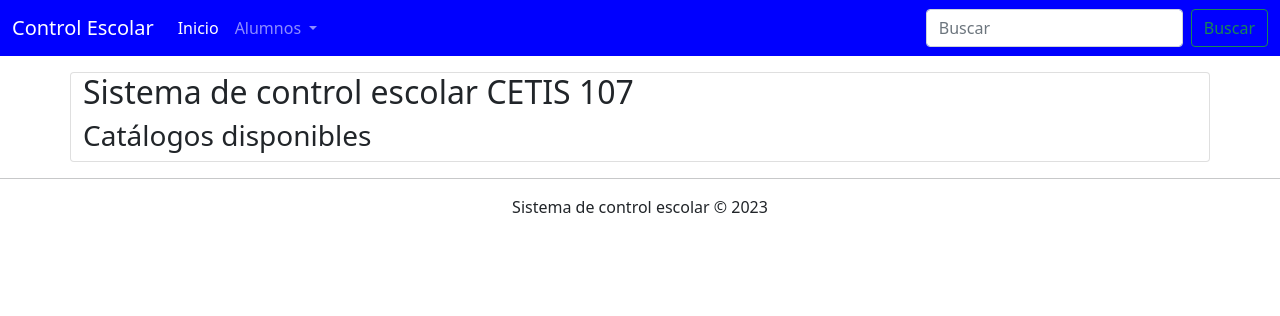
Repository: terrazasjuancarlos/cursoLaravel2-master
Page: resources/views/inicio.blade.php
The author's editor kept a copy of each file at every save. The page is drawn from the files as they stood at one save, then again after the next save.
The browser window is 1280 px wide. The pictures show the whole page.
The page is served by the project's Laravel application, run on PHP 8.4 with Laravel 10. The template is opened directly, without the code that normally fills it, so the values that code supplies are empty.

Above is the page before, as saved 2023-10-19 19:07:48.

After the next save:
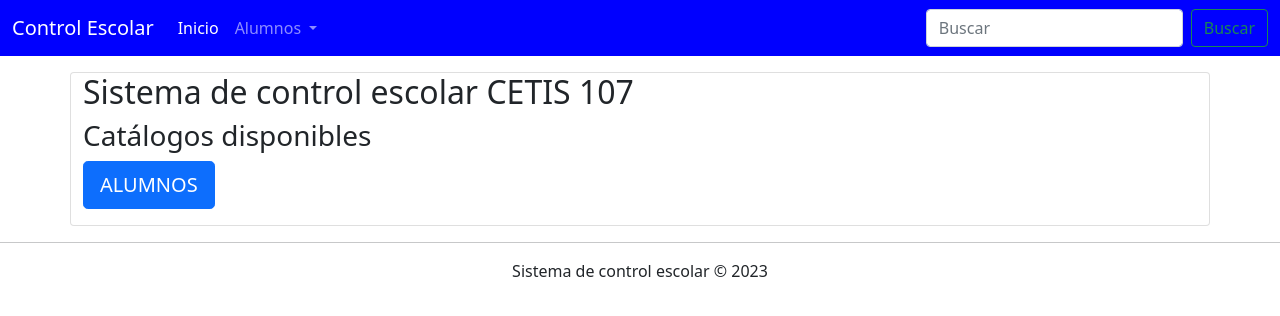
Saved 34 s later.
--- a/resources/views/inicio.blade.php
+++ b/resources/views/inicio.blade.php
@@ -3,4 +3,7 @@
 @section('contenido')
     <h2>Sistema de control escolar CETIS 107</h2>
     <h3>Catálogos disponibles</h3>
+    <p>
+        <a href="" class="btn btn-lg btn-primary">ALUMNOS</a>
+    </p>
 @stop
